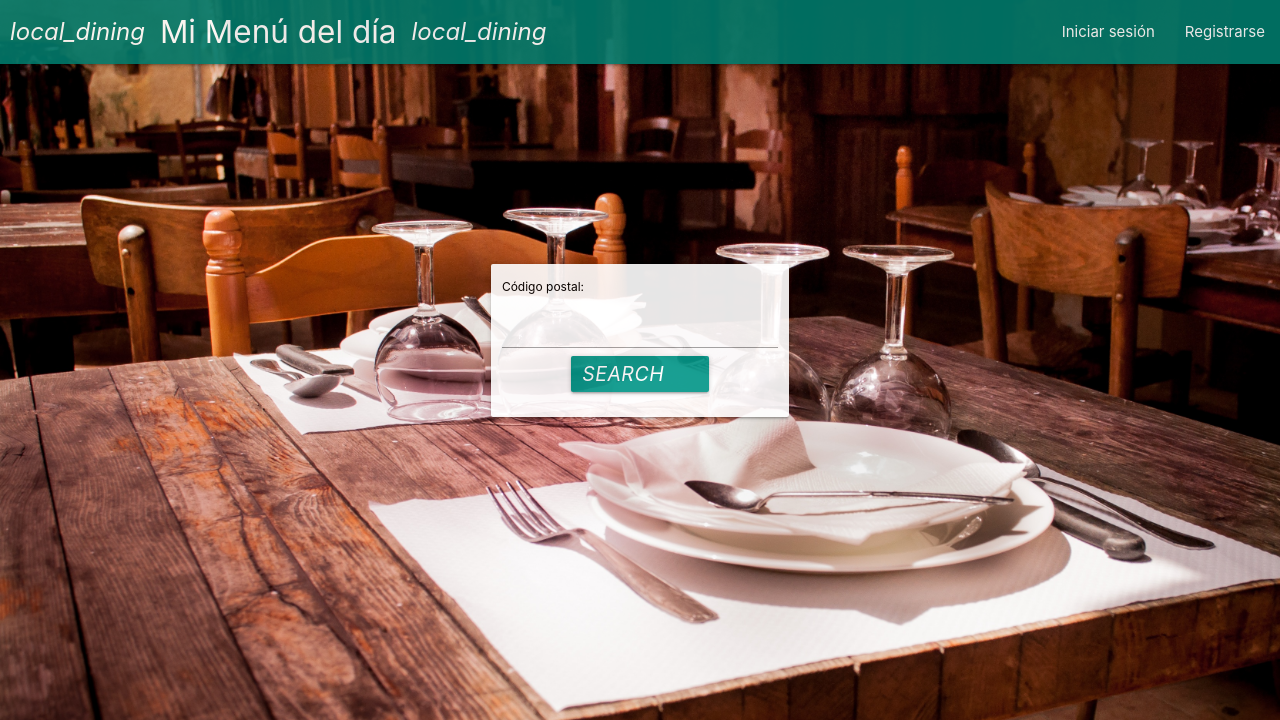
Repository: ixtab/ProyectoJavaRestaurante
Page: http://localhost/MiMenu/
These files come from the project's save history. The page is drawn as it stood at one moment and after the next save; the edit follows.
The browser window is 1280 px wide. The pictures show the whole page.
The page is served by Tomcat 9.

Above is the page before, as saved 2019-03-17 22:33:05.

### MiMenu/WebContent/index.jsp
<%@ page language="java" contentType="text/html; charset=ISO-8859-1"
    pageEncoding="ISO-8859-1"%>
<!DOCTYPE html>
<html>
<head>
	<meta charset="utf-8">
      <link href="https://fonts.googleapis.com/icon?family=Material+Icons" rel="stylesheet">
      <link type="text/css" rel="stylesheet" href="css/materialize.min.css"  media="screen,projection"/>
      <link type="text/css" rel="stylesheet" href="css/style.css" />
      <meta name="viewport" content="width=device-width, initial-scale=1.0"/>
      <script type="text/javascript" src="js/script.js"></script>
	<title>Mi Menú del día</title>

</head>
<body>

	<header class ="trans">
			<nav>
			    <div class="teal darken-2 nav-wrapper">
			      <a href="http://localhost:8080/MiMenu/" class="brand-logo"><i class="large material-icons">local_dining</i> Mi Menú del día <i class="large material-icons right">local_dining</i></a>
			      <ul id="nav-mobile" class="right hide-on-med-and-down">
			        <li><a href="iniciar.jsp">Iniciar sesión</a></li>
			        <li><a href="registro.jsp">Registrarse</a></li>
			      </ul>
			    </div>
			  </nav>
		</header>

	<div class="trans margen-superior container row" id="contenedor">
		<div class="margen-superior card-panel col s4 offset-s4 padding" id = "consulta">
			<form  class = "flow-text">
				<label >Código postal:<input name= "cp" type="text" id="cp"></label>
				<a class=" margen-inferior waves-effect waves-light btn teal col s6 offset-s3 hoverable" onclick="buscar()"><i class="material-icons left">search</i>Buscar</a>
			</form>
		</div>

		<div id="cont2" class=" card-panel col s8 offset-s2 padding">
		</div>
	</div>


	<script type="text/javascript" src="js/materialize.min.js"></script>
</body>
</html>

### MiMenu/WebContent/css/style.css
html {
    background: url(../img/fondo.jpg) no-repeat center center fixed;
    -webkit-background-size: cover;
    -moz-background-size: cover;
    -o-background-size: cover;
    background-size: cover;
}

body {

}

label {
	color: black;
}

.margen-superior {
	margin-top: 100px;
}

.margen-inferior {
	margin-bottom: 25px;
}

.mapa {
	display: none;
}

.trans {
	opacity: 0.9;
}
.brand-logo {
	padding-left: 10px !important;
}
#cont2{
	display: none;
}

.byn{
	color: white;
	background: #004d40;
}

### MiMenu/WebContent/js/script.js
onload=inicio;

function inicio(){
}


function buscar(){
    var cp = document.getElementById("cp").value;
    var xhr = new XMLHttpRequest();
    var resultado = "";
    xhr.onreadystatechange = function () {

        if (xhr.readyState == 4) {

            if (xhr.status == 200) {
            	resultado = xhr.responseText;
            	document.getElementById("consulta").style.display = "none";
            	document.getElementById("cont2").style.display = "inherit";
            	document.getElementById("cont2").innerHTML = resultado;
            }
            else {
            	resultado = "Error de conexión";
            }
        }
    }

    var url = "http://localhost:8080/Api?cp=" + cp;
    xhr.open("GET", url);
    xhr.send();

}

Loaded but not shown: MiMenu/WebContent/css/materialize.min.css (library); MiMenu/WebContent/js/materialize.min.js (library)

After the next save:
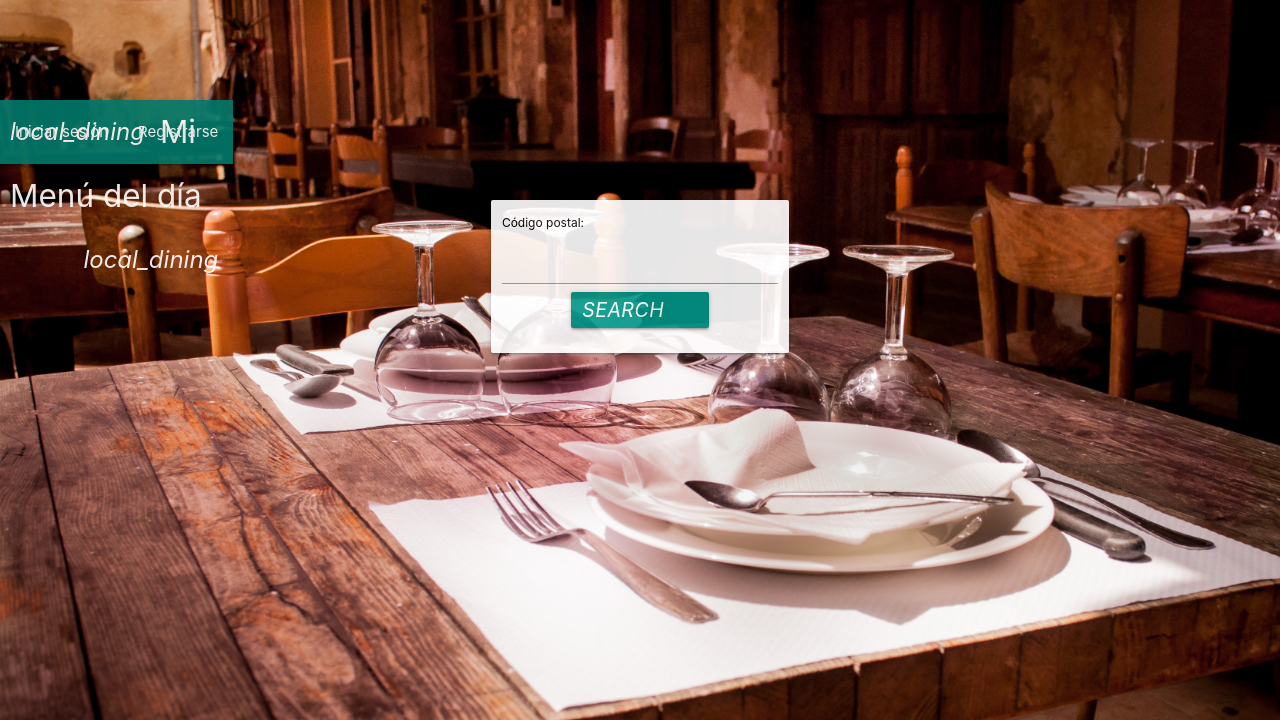
Saved 56 s later.
--- a/MiMenu/WebContent/css/style.css
+++ b/MiMenu/WebContent/css/style.css
@@ -12,6 +12,10 @@
 
 label {
 	color: black;
+}
+
+header{
+	position: fixed;
 }
 
 .margen-superior {

After the save that followed:
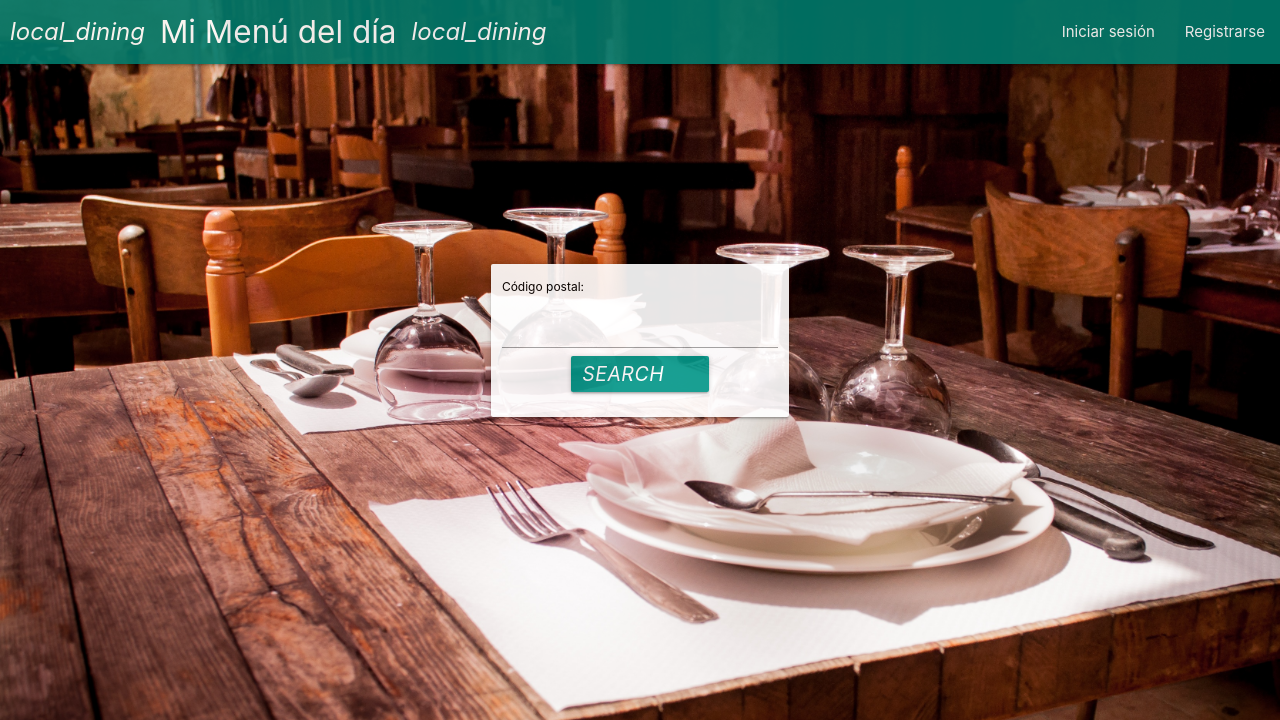
Saved 14 s later.
--- a/MiMenu/WebContent/css/style.css
+++ b/MiMenu/WebContent/css/style.css
@@ -12,10 +12,6 @@
 
 label {
 	color: black;
-}
-
-header{
-	position: fixed;
 }
 
 .margen-superior {
